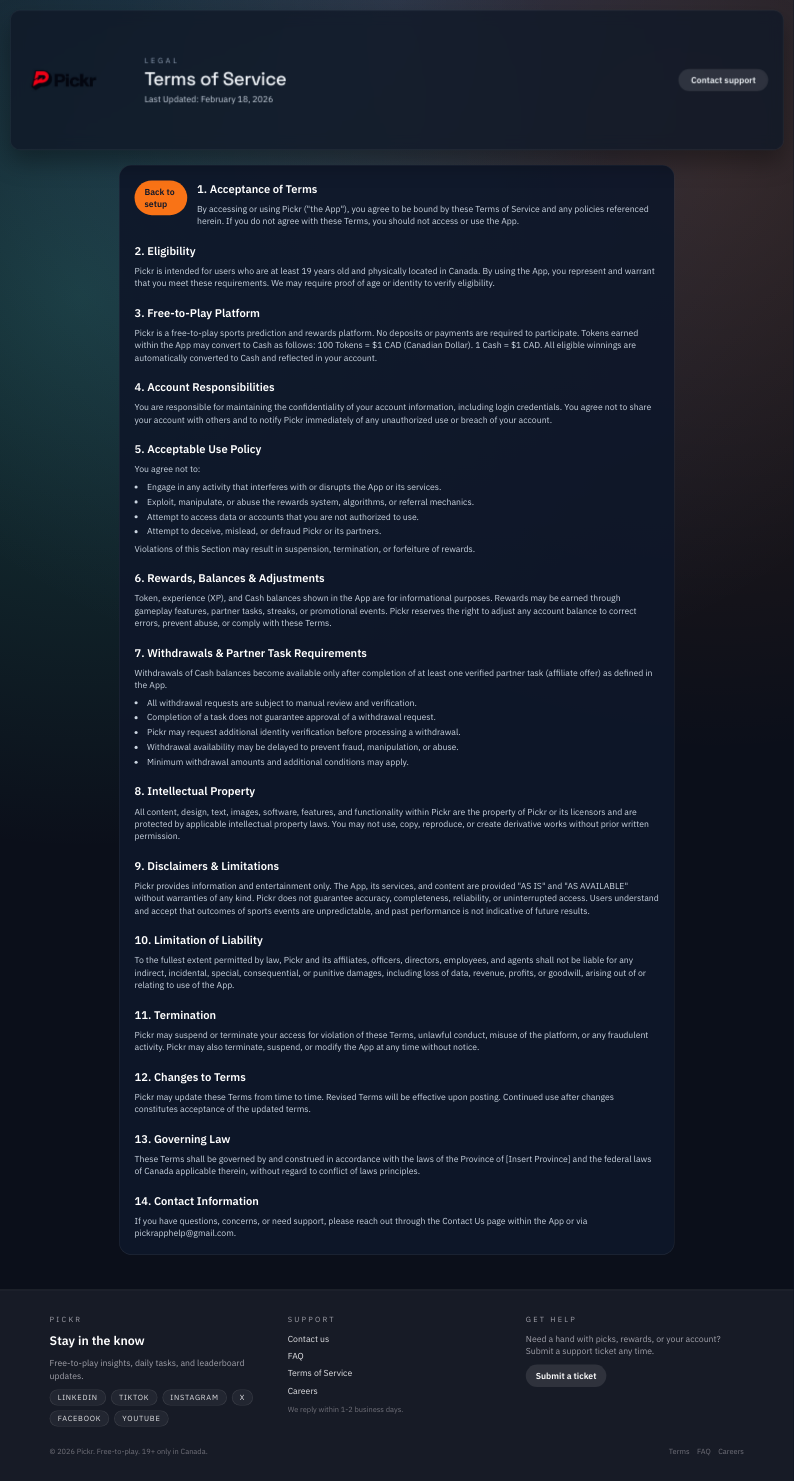
Repository: prav2004/therealdeal
Page: public/terms.html
These files come from the project's save history. The page is drawn as it stood at one moment and after the next save; the edit follows.
The browser window is 1280 px wide. The pictures show the whole page, at 62% of full size.
Some web libraries are served in a nearby version.

Above is the page before, as saved 2026-02-18 21:19:38.

After the next save:
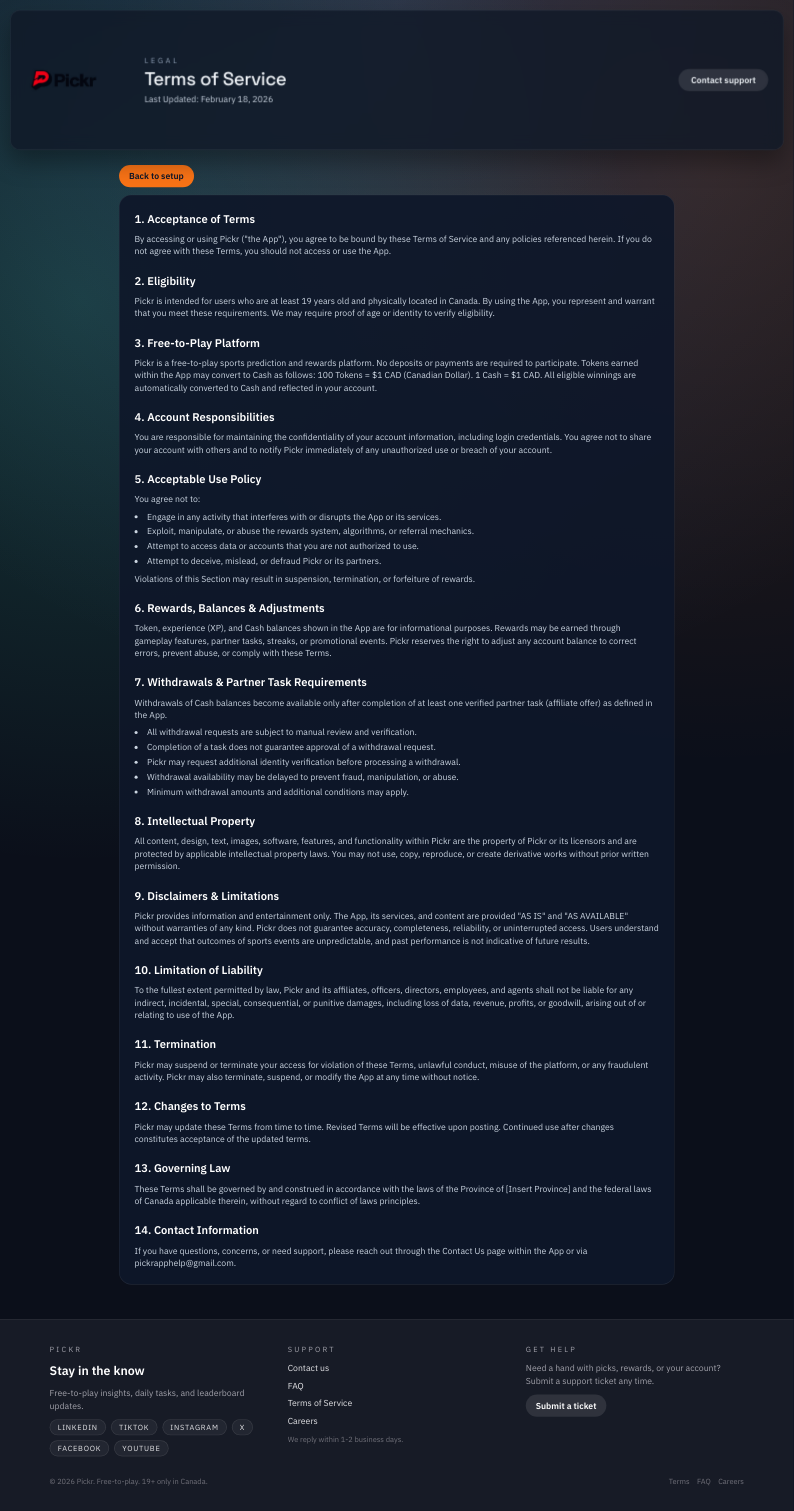
Saved 4 min 2 s later.
--- a/public/terms.html
+++ b/public/terms.html
@@ -59,13 +59,13 @@
     </header>
 
     <main class="flex-1 px-4 pt-6">
+      <div class="max-w-4xl mx-auto mb-3">
+        <a id="termsBack" href="onboarding.html" class="inline-flex items-center justify-center rounded-full bg-orange-500 px-4 py-2 text-sm font-semibold text-slate-900 hover:bg-orange-600">Back to setup</a>
+      </div>
       <section class="panel p-6 max-w-4xl mx-auto space-y-6 text-sm text-slate-300">
-        <div class="flex flex-col gap-3 sm:flex-row sm:items-start sm:gap-4">
-          <a id="termsBack" href="onboarding.html" class="inline-flex items-center justify-center rounded-full bg-orange-500 px-4 py-2 text-sm font-semibold text-slate-900 hover:bg-orange-600">Back to setup</a>
-          <div>
-            <h2 class="text-lg font-semibold text-white">1. Acceptance of Terms</h2>
-            <p class="mt-2">By accessing or using Pickr ("the App"), you agree to be bound by these Terms of Service and any policies referenced herein. If you do not agree with these Terms, you should not access or use the App.</p>
-          </div>
+        <div>
+          <h2 class="text-lg font-semibold text-white">1. Acceptance of Terms</h2>
+          <p class="mt-2">By accessing or using Pickr ("the App"), you agree to be bound by these Terms of Service and any policies referenced herein. If you do not agree with these Terms, you should not access or use the App.</p>
         </div>
         <div>
           <h2 class="text-lg font-semibold text-white">2. Eligibility</h2>
